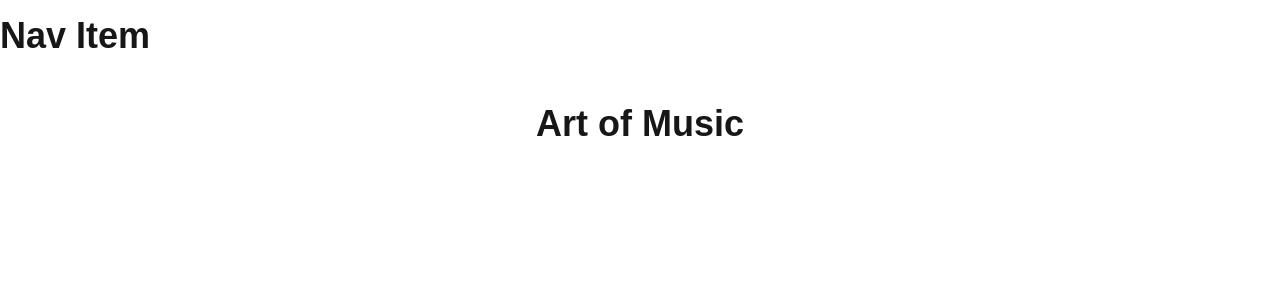
Repository: Strong02coder/Art_of_Music-Next.Js-
Page: /
These files come from the project's save history. The page is drawn as it stood at one moment and after the next save; the edit follows.
The browser window is 1280 px wide. The pictures show the whole page.
The project was rebuilt for these pictures with package versions that can differ from the ones it lists, and the page was loaded fresh each time. The framework's server and built-in components were replaced by stand-ins that run in the browser. Also part of the build but not shown: next.config.ts.

Above is the page before, as saved 2025-01-28 19:27:30.

### src/app/layout.tsx
import type { Metadata } from "next";
import { Geist, Geist_Mono } from "next/font/google";
import "./globals.css";

const geistSans = Geist({
  variable: "--font-geist-sans",
  subsets: ["latin"],
});

const geistMono = Geist_Mono({
  variable: "--font-geist-mono",
  subsets: ["latin"],
});

export const metadata: Metadata = {
  title: "Create Next App",
  description: "Generated by create next app",
};

export default function RootLayout({
  children,
}: Readonly<{
  children: React.ReactNode;
}>) {
  return (
    <html lang="en">
      <body className={`${geistSans.variable} ${geistMono.variable} antialiased`}>
				<h1 className="text-4xl font-bold mt-4">Nav Item</h1>
        {children}
      </body>
    </html>
  );
}

### src/app/page.tsx


export default function Home() {
  return (
		<h1 className="text-4xl font-bold text-center mt-12">
			Art of Music
		</h1>
  );
}

Loaded but not shown: src/app/globals.css (common file); tailwind.config.ts (common file)

After the next save:
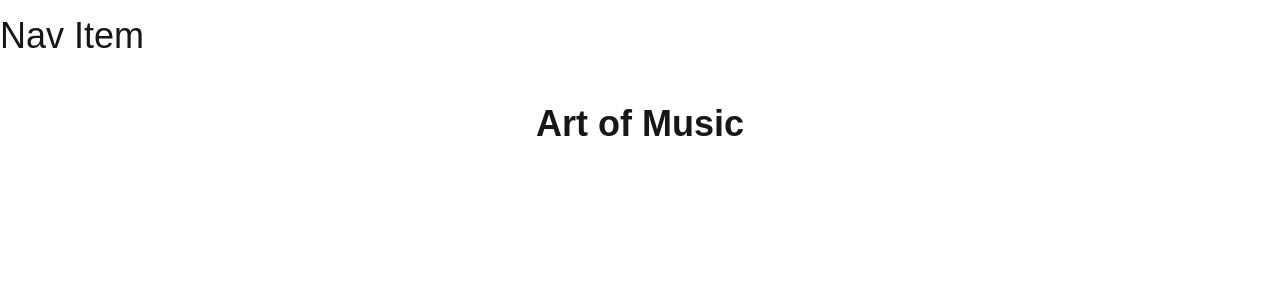
Saved 8 s later.
--- a/src/app/layout.tsx
+++ b/src/app/layout.tsx
@@ -25,7 +25,7 @@
   return (
     <html lang="en">
       <body className={`${geistSans.variable} ${geistMono.variable} antialiased`}>
-				<h1 className="text-4xl font-bold mt-4">Nav Item</h1>
+				<h1 className="text-4xl mt-4">Nav Item</h1>
         {children}
       </body>
     </html>
